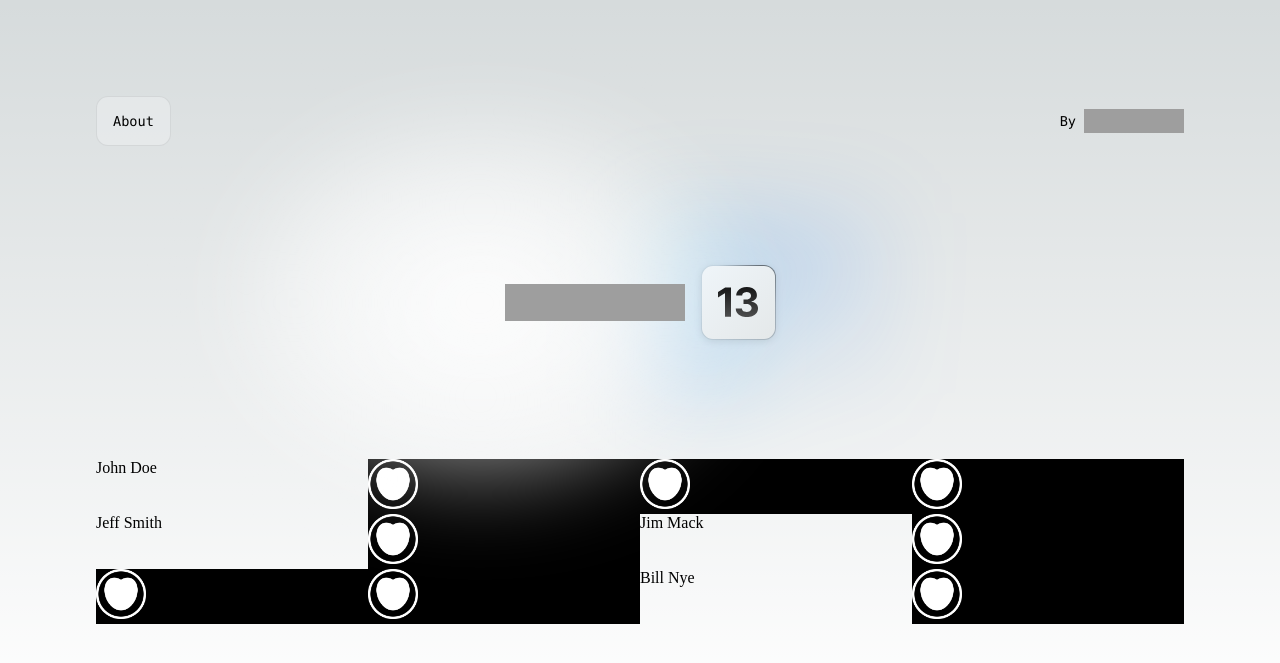
Repository: karthur1/class-example-3
Page: /
The author's editor kept a copy of each file at every save. The page is drawn from the files as they stood at one save, then again after the next save.
The browser window is 1280 px wide. The pictures show the whole page.
Pictures or frames that could not be fetched are drawn as grey boxes. The project was rebuilt for these pictures with package versions that can differ from the ones it lists, and the page was loaded fresh each time. The framework's server and built-in components were replaced by stand-ins that run in the browser. Also part of the build but not shown: next.config.js.

Above is the page before, as saved 2023-01-21 00:13:57.

After the next save:
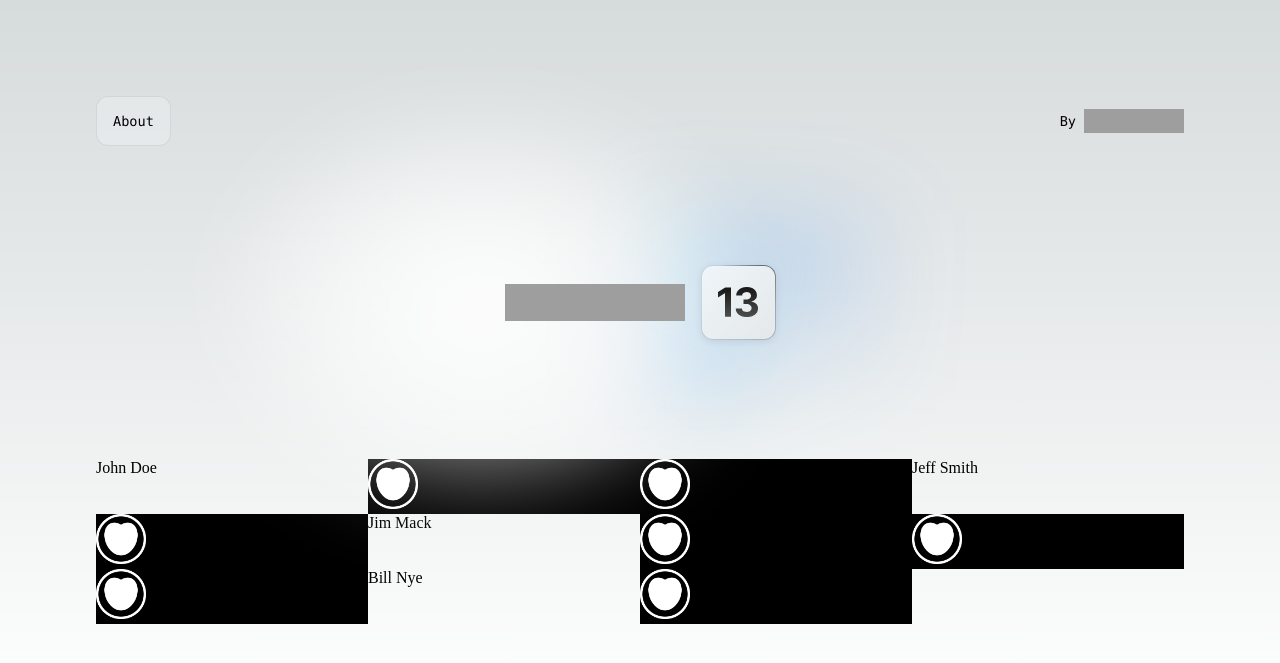
Saved 38 s later.
--- a/pages/index.js
+++ b/pages/index.js
@@ -72,7 +72,7 @@
         <div className={styles.grid}>
           <div>John Doe</div>
           {information && information.map((info, index) => {
-            if(info.department === "Business") {
+            if(info.favouriteFood === "Pizza") {
               return(
               <Card key={index} degree={info.degree} colour="black" font="20px"/>
             )
